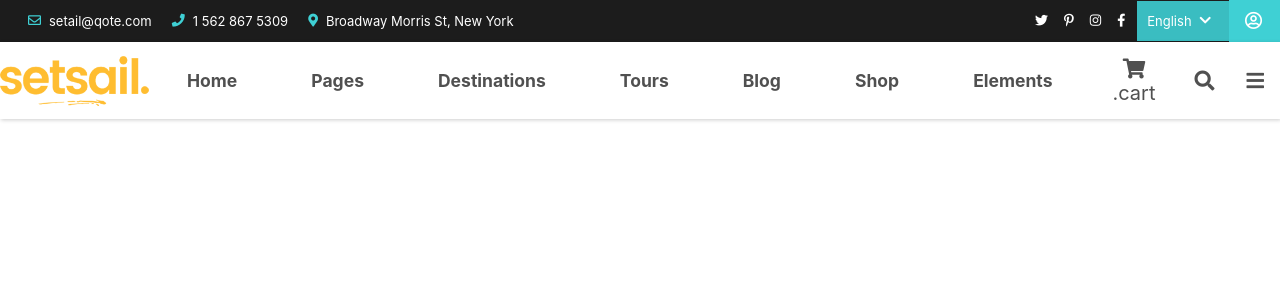
Repository: Hunga9k50doker/Setail
Page: /
An editor plug-in stored every save of this project. The page is shown before and after a run of saves, followed by the edit.
The browser window is 1280 px wide. The pictures show the whole page.
The project was rebuilt for these pictures with package versions that can differ from the ones it lists, and the page was loaded fresh each time.

Above is the page before, as saved 2021-10-21 11:34:25.

### public/index.html
<!DOCTYPE html>
<html lang="en">

<head>
  <meta charset="utf-8" />
  <link rel="icon" href="%PUBLIC_URL%/favicon.ico" />
  <meta name="viewport" content="width=device-width, initial-scale=1" />
  <meta name="theme-color" content="#000000" />
  <meta name="description" content="Web site created using create-react-app" />
  <link rel="stylesheet" href="./font/fontawesome-free-5.15.3-web/css/all.min.css">
  <link rel="apple-touch-icon" href="%PUBLIC_URL%/logo192.png" />
  <!--
      manifest.json provides metadata used when your web app is installed on a
      user's mobile device or desktop. See https://developers.google.com/web/fundamentals/web-app-manifest/
    -->
  <link rel="manifest" href="%PUBLIC_URL%/manifest.json" />
  <!--
      Notice the use of %PUBLIC_URL% in the tags above.
      It will be replaced with the URL of the `public` folder during the build.
      Only files inside the `public` folder can be referenced from the HTML.

      Unlike "/favicon.ico" or "favicon.ico", "%PUBLIC_URL%/favicon.ico" will
      work correctly both with client-side routing and a non-root public URL.
      Learn how to configure a non-root public URL by running `npm run build`.
    -->
  <title>React App</title>
</head>

<body>
  <noscript>You need to enable JavaScript to run this app.</noscript>
  <div id="root">

  </div>
  <script type="text/babel">
  </script>
  <!--
      This HTML file is a template.
      If you open it directly in the browser, you will see an empty page.

      You can add webfonts, meta tags, or analytics to this file.
      The build step will place the bundled scripts into the <body> tag.

      To begin the development, run `npm start` or `yarn start`.
      To create a production bundle, use `npm run build` or `yarn build`.
    -->
</body>

</html>

### src/index.js
import React from "react";
import ReactDOM from "react-dom";
import App from "./views/App.js";
import reportWebVitals from "./reportWebVitals";
import "./styles/global.scss";
// import socialNetworks from '../src/components/socialNetworks'

ReactDOM.render(
  <React.StrictMode>
    <App />
  </React.StrictMode>,
  document.getElementById("root")
);

// If you want to start measuring performance in your app, pass a function
// to log results (for example: reportWebVitals(console.log))
// or send to an analytics endpoint. Learn more: https://bit.ly/CRA-vitals
reportWebVitals();

### src/views/App.js
import './App.scss';
import NavOnTop from '../components/NavOnTop/NavOnTop';
import Nav from '../components/Navigation/Nav';

function App() {

  return (
    <div className="App">
      <NavOnTop />
      <Nav />
    </div>
  );
}

export default App;

### src/styles/global.scss
@import './variables';

* {
  margin: 0;
  padding: 0;
  box-sizing: border-box;
}

body {
  margin: 0;
  font-family: -apple-system, BlinkMacSystemFont, "Segoe UI", "Roboto", "Oxygen",
    "Ubuntu", "Cantarell", "Fira Sans", "Droid Sans", "Helvetica Neue",
    sans-serif;
  -webkit-font-smoothing: antialiased;
  -moz-osx-font-smoothing: grayscale;
}

code {
  font-family: source-code-pro, Menlo, Monaco, Consolas, "Courier New",
    monospace;
}

ul,
li {
  display: inline-block;
  list-style: none;
  padding-left: 0;
}

a {
  text-decoration: none;
  display: inline-block;
  color: #505050;
}

.bridge {
  content: "";
  position: absolute;
  top: -4px;
  left: 50%;
  transform: translate(-50%, 0);
  width: 100%;
  height: 8px;
}

.hover-slide-below {
  content: " ";
  width: 100%;
  height: 4px;
  background: $bg-color--hover;
  position: absolute;
  bottom: -8px;
  left: 0;
  border-radius: 8px;
  transform: scaleX(0);
  transform-origin: center left;
  transition: all 0.3s ease;
}

### src/views/App.scss
.App {
  text-align: center;
  background: #999;
}

### src/components/NavOnTop/NavOnTop.js
// import { render } from "@testing-library/react";
import './NavOnTop.scss';

const NavOnTop = () => {
  return (
    <div className="nav__onTop">
      <ul className="nav__onTop-leftInner">
        <li className="nav__onTop-leftInner-item">
          <i className="far fa-envelope"></i>
          <p className="nav__onTop-leftInner-item-text">setail@qote.com</p>
        </li>
        <li className="nav__onTop-leftInner-item">
          <i className="fas fa-phone"></i>
          <p className="nav__onTop-leftInner-item-text">1 562 867 5309</p>
        </li>
        <li className="nav__onTop-leftInner-item">
          <i className="fas fa-map-marker-alt"></i>
          <p className="nav__onTop-leftInner-item-text">
            Broadway Morris St, New York
          </p>
        </li>
      </ul>
      <ul className="nav__onTop-rightInner">
        <li className="nav__onTop-rightInner-item nav__onTop-rightInner-item-socialNetwork">
          <i className=" fab fa-twitter"></i>
        </li>
        <li className="nav__onTop-rightInner-item nav__onTop-rightInner-item-socialNetwork">
          <i className=" fab fa-pinterest-p"></i>
        </li>
        <li className="nav__onTop-rightInner-item nav__onTop-rightInner-item-socialNetwork">
          <i className=" fab fa-instagram"></i>
        </li>
        <li className="nav__onTop-rightInner-item nav__onTop-rightInner-item-socialNetwork">
          <i className=" fab fa-facebook-f"></i>
        </li>
        <li className="nav__onTop-rightInner-item nav__onTop-rightInner-item-toggleLang">
            <p>English</p>
            <i className="fas fa-chevron-down"></i>
          <div className="nav__onTop-rightInner-item-langs">
            <a href="#" className="nav__onTop-rightInner-item-lang">
              VietNam
            </a>
            <a href="#" className="nav__onTop-rightInner-item-lang">
              France
            </a>
            <a href="#" className="nav__onTop-rightInner-item-lang">
              German
            </a>
          </div>
        </li>
        <li className="nav__onTop-rightInner-item nav__onTop-rightInner-account">
          <i className="far fa-user-circle"></i>
        </li>
      </ul>
    </div>
  );
};

export default NavOnTop;

### src/components/Navigation/Nav.js
import "./Nav.scss";

const Nav = () => {
  return (
    <div className="nav">
      <img src="./logo/logo-footer.png" alt="Not found" className="nav__logo" />
      <ul className="nav__list">
        <li className="nav__list-item nav__list-item-Home">
          <h3 className="nav__list-item-title">Home</h3>
          <div className="nav__list-item-selections">
            <a href="#" className="nav__list-item-selection">
              <p>Travel Agency</p>
            </a>
            <a href="#" className="nav__list-item-selection">
              <p>Winters Holidays</p>
            </a>
            <a href="#" className="nav__list-item-selection">
              <p>Exotic Destinations</p>
            </a>
          </div>
        </li>
        <li className="nav__list-item nav__list-item-Pages">
          <h3 className="nav__list-item-title">Pages</h3>
          <div className="nav__list-item-selections">
            <a href="#" className="nav__list-item-selection">
              <p>About Us</p>
            </a>
            <a href="#" className="nav__list-item-selection">
              <p>What We Offer</p>
            </a>
            <a href="#" className="nav__list-item-selection">
              <p>Our Team</p>
            </a>
          </div>
        </li>
        <li className="nav__list-item nav__list-item-Destinations">
          <h3 className="nav__list-item-title">Destinations</h3>
          <div className="nav__list-item-selections">
            <a href="#" className="nav__list-item-selection">
              <p>Destination List</p>
            </a>
            <a href="#" className="nav__list-item-selection">
              <p>Destination Slider</p>
            </a>
            <a href="#" className="nav__list-item-selection">
              <p>Destination Item</p>
            </a>
          </div>
        </li>
        <li className="nav__list-item nav__list-item-Tours">
          <h3 className="nav__list-item-title">Tours</h3>
          <div className="nav__list-item-selections">
            <a href="#" className="nav__list-item-selection">
              <p>Standard List</p>
            </a>
            <a href="#" className="nav__list-item-selection">
              <p>Gallery List</p>
            </a>
            <a href="#" className="nav__list-item-selection">
              <p>Split List</p>
            </a>
          </div>
        </li>
        <li className="nav__list-item nav__list-item-Blog">
          <h3 className="nav__list-item-title">Blog</h3>
          <div className="nav__list-item-selections">
            <a href="#" className="nav__list-item-selection">
              <p>Blog Masonry</p>
            </a>
            <div className="nav__list-item-selection">
              <p>Blog Standard</p>
              <i className="fas fa-chevron-right"></i>
              <ul className="sub-menu ">
                <li className="sub-menu-item">
                  <a href="#">Right Sidebar</a>
                </li>
                <li className="sub-menu-item">
                  <a href="#">Left Sidebar</a>
                </li>
                <li className="sub-menu-item">
                  <a href="#">Without Sidebar</a>
                </li>
              </ul>
            </div>
            <div className="nav__list-item-selection">
              <p>Blog Types</p>
              <i className="fas fa-chevron-right"></i>
              <ul className="sub-menu ">
                <li className="sub-menu-item">
                  <a href="#">Standard </a>
                </li>
                <li className="sub-menu-item">
                  <a href="#">Gallery </a>
                </li>
                <li className="sub-menu-item">
                  <a href="#">Link</a>
                </li>
              </ul>
            </div>
          </div>
        </li>
        <li className="nav__list-item nav__list-item-Shop">
          <h3 className="nav__list-item-title">Shop</h3>
          <div className="nav__list-item-selections">
            <a href="#" className="nav__list-item-selection">
              <p>Product List</p>
            </a>
            <a href="#" className="nav__list-item-selection">
              <p>Product Single</p>
            </a>
            <div className="nav__list-item-selection">
              <p>Shop Layout</p>
              <i className="fas fa-chevron-right"></i>
              <ul className="sub-menu">
                <li className="sub-menu-item">
                  <a href="#">Three Columns </a>
                </li>
                <li className="sub-menu-item">
                  <a href="#">Four Columns </a>
                </li>
                <li className="sub-menu-item">
                  <a href="#">Full Width</a>
                </li>
              </ul>
            </div>
          </div>
        </li>
        <li className="nav__list-item nav__list-item-Elements">
          <h3 className="nav__list-item-title">Elements</h3>
          <div className="nav__list-item-selections">
            <ul className="nav__list-item-selection sub-category">
              <li className="sub-category-item">Featured</li>
              <li className="sub-category-item">
                <a href="#">Tour List</a>
              </li>
              <li className="sub-category-item">
                <a href="#">Tour Carousel</a>
              </li>
              <li className="sub-category-item">
                <a href="#">Tour Filter</a>
              </li>
            </ul>
            <ul className="nav__list-item-selection sub-category">
              <li className="sub-category-item">Presentation</li>
              <li className="sub-category-item">
                <a href="#">Team</a>
              </li>
              <li className="sub-category-item">
                <a href="#">Blog List</a>
              </li>
              <li className="sub-category-item">
                <a href="#">Shop List</a>
              </li>
            </ul>
            <ul className="nav__list-item-selection sub-category">
              <li className="sub-category-item">ClassNameic</li>
              <li className="sub-category-item">
                <a href="#">Accordions</a>
              </li>
              <li className="sub-category-item">
                <a href="#">Tabs</a>
              </li>
              <li className="sub-category-item">
                <a href="#">Buttons</a>
              </li>
            </ul>
            <ul className="nav__list-item-selection sub-category">
              <li className="sub-category-item">Typography</li>
              <li className="sub-category-item">
                <a href="#">Headings</a>
              </li>
              <li className="sub-category-item">
                <a href="#">Columns</a>
              </li>
              <li className="sub-category-item">
                <a href="#">Section Title</a>
              </li>
            </ul>
          </div>
        </li>
      </ul>
      <ul className="nav__innerRight">
        <li className="nav__innerRight-item nav__innerRight-item-cart">
          <i className="fas fa-shopping-cart"></i>
          .cart
        </li>
        <li className="nav__innerRight-item nav__innerRight-item-search">
          <i className="fas fa-search"></i>
        </li>
        <li className="nav__innerRight-item nav__innerRight-item-category">
          <i className="fas fa-bars"></i>
        </li>
      </ul>
    </div>
  );
};

export default Nav;

### src/styles/_variables.scss


$primary-color:#3fd0d4;
$bg-color--hover:#3abdc1;
$text-color: #505050;
$white-color:#fff;

### src/components/NavOnTop/NavOnTop.scss
@import '../../styles/variables';

.nav__onTop {
  display: flex;
  align-items: center;
  justify-content: space-between;
  padding: 0 0 0 18px;
  background: #1c1c1c;
  color: #fff;
  &-leftInner,
  &-rightInner {
    display: flex;
    align-items: center;
    &-item {
      display: flex;
      align-items: center;
      justify-content: center;
      font-size: 13px;
      padding: 0 10px;
      cursor: pointer;
      &:hover {
        color: $primary-color;
      }
      i {
        margin-right: 8px;
      }

      &-langs {
        // display: none;
        transition: all 0.3s ease;
                position: absolute;
       bottom: calc( -100% - 54px);
       left: 0;
       right: 0;
      z-index: -1;
      transform: translateY(-200%);
      opacity: 0;
    }
    &-lang{
        padding:6px 10px;
        display:flex;
        align-items:center;
        justify-content: center;
        flex-direction: column;
        background: $primary-color;
        color:#fff;
        &:hover{
            background: $bg-color--hover;
        }
        &:last-child{
            padding-bottom: 12px;
        }

        &:first-child{
            position: relative;
            &:after{
                content: " ";
                position: absolute;
                width: 100%;
                height: 8px;
                top: -4px;
            }
        }
    }
    }



    &-item-socialNetwork {
      padding-left: 4px;
      padding-right: 4px;
    }
    &-item-toggleLang {
    position: relative;
      background: $bg-color--hover;
      display: flex;
      align-items: center;
      height: 100%;
      margin: 0;
      padding: 12px 10px;
      justify-content: space-around;
      p {
        display: inline-block;
        margin-right: 8px;
      }
    }
    &-item-toggleLang:hover .nav__onTop-rightInner-item-langs{
       transform: translateY(0);
       opacity: 1;
        z-index: 5;

    }

    &-account {
      background: $primary-color;
      padding:12px 10px 12px 16px;
      display: flex;
      align-items: center;
      justify-content: center;
      i {
        display: inline-block;
        font-size: 1.1rem;
      }
      &:hover{
          color: #999;
          background: $bg-color--hover;
      }
    }
  }
   &-leftInner {
      i {
        color: $primary-color;
      }
    }
}


// ============Animation=====================

### src/components/Navigation/Nav.scss
@import "../../styles/variables";
@import "../../styles/global.scss";

.nav {
  position: fixed;
  left: 0;
  right: 0;
  top: 42px;
  z-index: 5;
  transition: all 0.3s ease;
  display: flex;
  align-items: center;
  justify-content: space-around;
  box-shadow:1px 1px 4px rgba(0, 0, 0, 0.2);
  &__logo {
    cursor: pointer;
    width: 150px;
    height: 50px;
    font-size: 14px;
  }

  &__list {
    display: flex;
    align-items: center;
    justify-content: center;
    &-item {
      position: relative;
      transition: all 0.5s ease;
      padding: 28px 37px;
      font-size: 15px;
      cursor: pointer;
      color: $text-color;
      &:hover {
        color: $primary-color;
      }

      &-title {
        position: relative;
        font-weight: 700;

        &:after {
          @extend .hover-slide-below;
        }
        &:hover:after {
          transform: scaleX(1);
          transform-origin: left center;
        }
      }
      &-selections {
        transition: all 0.3s ease;
        text-align: left;
        flex-direction: column;
        position: absolute;
        border-radius: 2px;
        top: 82px;
        left: 0;
        width: calc(150% + 50px);
        box-shadow: 0px 0px 5px rgba(0, 0, 0, 0.2);
        transform: scaleY(0);
        transform-origin: center top;

        &:before {
          @extend .bridge;
        }
      }

      &:hover &-selections {
        transform: scaleY(1);
        transform-origin: top center;
      }
      &-selection {
        position: relative;
        display: block;
        padding: 5px 25px 6px 32px;
        font-size: 15px;
        color: $text-color;
        font-weight: 500;
        p {
          position: relative;
          display: inline-block;
          width: fit-content;
          &:after {
            @extend .hover-slide-below;
            height: 3px;
          }
        }
        &:hover {
          color: $primary-color;

          .sub-menu {
            display: flex;
            transform:scaleX(1);
            transform-origin: left center;
            opacity: 1;
          }
        }
        &:hover p:after {
          transform: scaleX(1);
          transform-origin: left center;

        }
        &:first-child {
          padding-top: 34px;
        }
        &:last-child {
          margin-bottom: 34px;
        }

        .sub-menu {
          position: absolute;
          top: 0;
          z-index: -1;
          left: 100%;
          align-items: flex-start;
          float: left;
          flex-direction: column;
          box-shadow: 1px 1px 4px rgba(0, 0, 0, 0.2);
          width: 100%;
          padding: 28px 0 28px 0;
          transform: scaleX(0);
          opacity:0;
          transform-origin: center left;
          transition: all 0.3s ease;
          &-item {
            width: 100%;
            padding: 5px 37px 6px 37px;
            color: $text-color;
            a {
              position: relative;
              display: inline-block;
              width: fit-content;
              &:after {
                @extend .hover-slide-below;
                height: 2px;
              }
            }
            &:hover a {
              color: $primary-color;
            }
            &:hover a:after {
              transform: scaleX(1);
              transform-origin: left center;
            }
          }
        }
      }

      &:nth-child(5)  &-selection,
      &:nth-child(6) &-selection {
        display: flex;
        align-items: center;
        justify-content: space-between;
      }

      &:nth-child(7) .sub-category {
        display: flex;
        align-items: flex-start;
        flex-direction: column;
        padding: 10px 20px;
        flex: 1;
        &-item {
          position: relative;
          padding: 7px 37px;
          &:first-child {
            color: $primary-color;
            font-size: 16px;
            font-weight: 700;
            margin-bottom: 20px;
          }
          a {
            position: relative;
            width: fit-content;
            &:after {
              @extend .hover-slide-below;
              height: 3px;
            }
          }

          &:hover a {
            color: $primary-color;
          }

          &:hover a:after {
            transform: scaleX(1);
            transform-origin: left center;
          }
        }
      }
    }

    &-item:nth-child(7) &-item-selections {
      display: flex;
      position: fixed;
      top: 120px;
      left: 0;
      width: 100vw;
      flex-direction: row;
      padding: 37px 50px;
    }
  }

  &__innerRight {
    display: flex;
    align-items: center;
    justify-content: center;
    &-item {
      position: relative;
      transition: all 0.5s ease;
      cursor: pointer;
      margin: 0 16px;
      font-size: 20px;
      color: $text-color;
      z-index: 2;
      transform: scale(1);

      &:hover {
        transform: scale(1.2);
        color: $bg-color--hover;
      }
    }
  }
}

Loaded but not shown: src/reportWebVitals.js (common file); public/font/fontawesome-free-5.15.3-web/css/all.min.css (library)

After the next 2 saves:
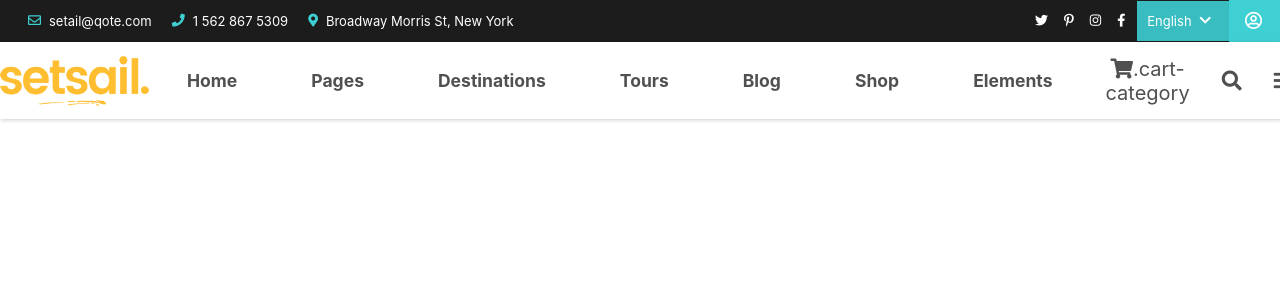
The 2 saves are shown as one change because they came seconds apart.
The last was saved 3 s later.
--- a/src/components/Navigation/Nav.js
+++ b/src/components/Navigation/Nav.js
@@ -182,7 +182,8 @@ const Nav = () => {
       <ul className="nav__innerRight">
         <li className="nav__innerRight-item nav__innerRight-item-cart">
           <i className="fas fa-shopping-cart"></i>
-          .cart
+          .cart-category
+
         </li>
         <li className="nav__innerRight-item nav__innerRight-item-search">
           <i className="fas fa-search"></i>
